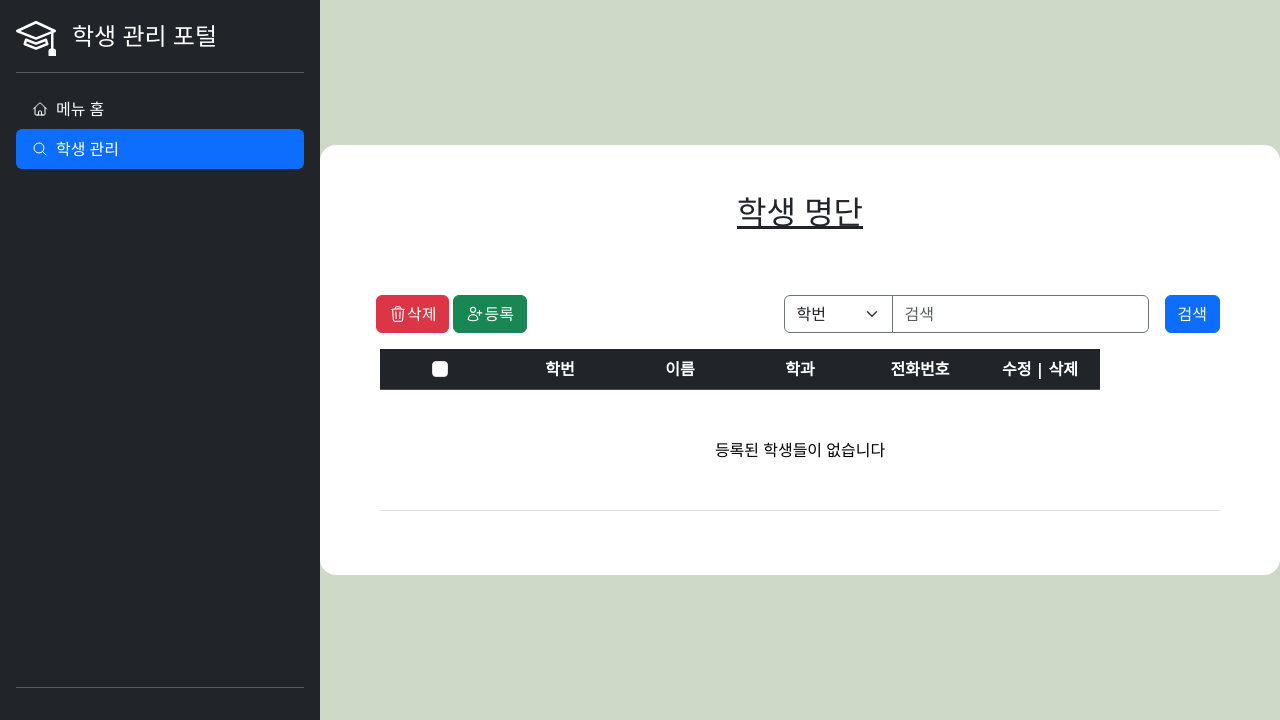
Repository: invisibleufo101/StudentManagementWeb
Page: http://localhost/HSW_Web/browseStudents.do
These files come from the project's save history. The page is drawn as it stood at one moment and after the next save; the edit follows.
The browser window is 1280 px wide. The pictures show the whole page.
The page is served by Tomcat 9. Queries for data that is not in the repository find no rows.

Above is the page before, as saved 2024-09-25 18:02:15.

After the next save:
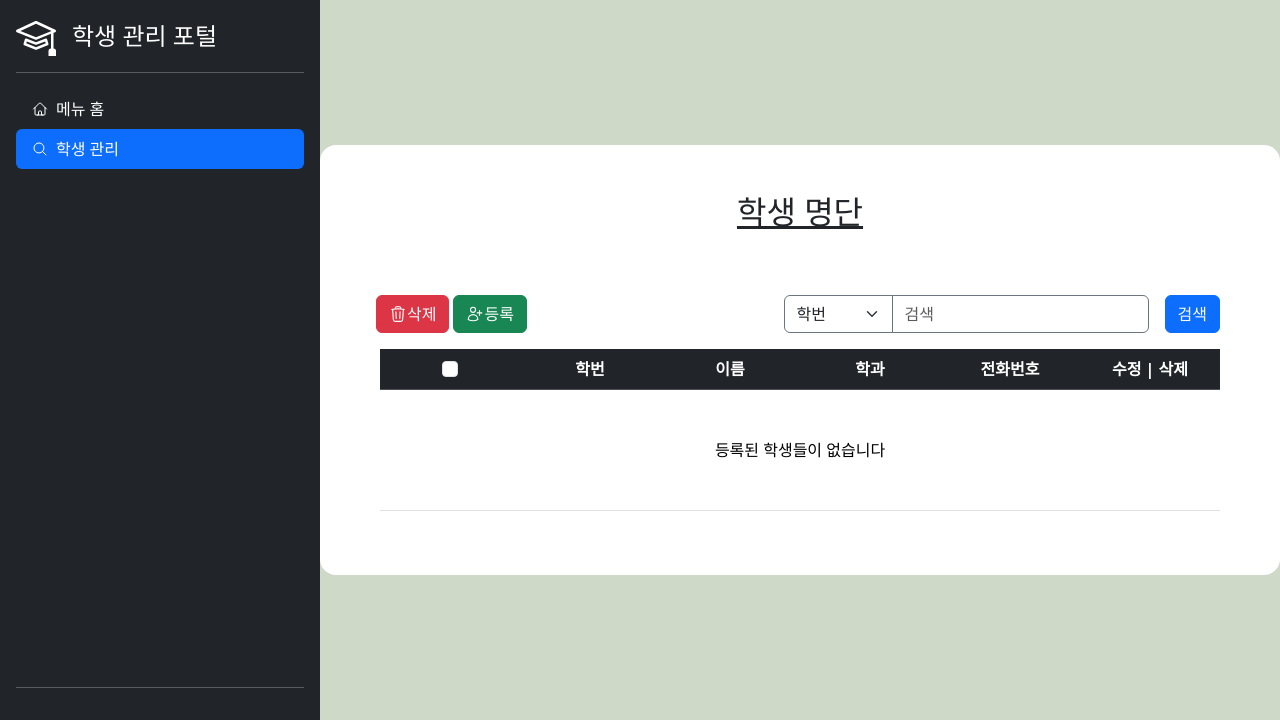
Saved 16 s later.
--- a/HSW_Web/src/main/java/com/university/controller/BrowseStudentsServlet.java
+++ b/HSW_Web/src/main/java/com/university/controller/BrowseStudentsServlet.java
@@ -248,12 +248,12 @@ public class BrowseStudentsServlet extends HttpServlet {
 		// This is because ALL records of students are fetched via : SELECT * FROM student WHERE (searchCategory) LIKE (searchKeyword);
 		if (!keyword.equals("") && students.isEmpty()) {
 			out.println("<tr>");
-			out.println("<td class='p-5' colspan='7'>검색 결과에 해당하는 학생들이 없습니다</td>");
+			out.println("<td class='p-5' colspan='6'>검색 결과에 해당하는 학생들이 없습니다</td>");
 			out.println("</tr>");
 		// If there are no REGISTERED students
 		} else if (students.isEmpty()) {
 			out.println("<tr>");
-			out.println("<td class='p-5' colspan='7'>등록된 학생들이 없습니다</td>");
+			out.println("<td class='p-5' colspan='6'>등록된 학생들이 없습니다</td>");
 			out.println("</tr>");
 		} else {
 			for (Student student : students) {
